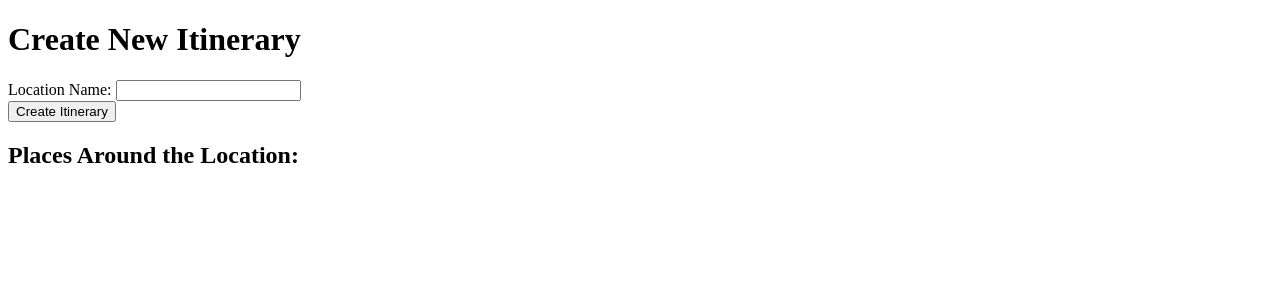
Repository: jahnavi320/Eatinery_ADT
Page: http://localhost/new_itinerary
The author's editor kept a copy of each file at every save. The page is drawn from the files as they stood at one save, then again after the next save.
The browser window is 1280 px wide. The pictures show the whole page.
The page is served by the project's application, run on Flask 3 (app.py).

Above is the page before, as saved 2023-12-04 09:34:56.

### templates/new_itinerary.html
<!DOCTYPE html>
<html lang="en">
<head>
    <meta charset="UTF-8">
    <meta name="viewport" content="width=device-width, initial-scale=1.0">
    <title>New Itinerary</title>
</head>
<body>
    <h1>Create New Itinerary</h1>
    <form method="post" action="{{ url_for('new_itinerary') }}">
        <label for="location">Location Name:</label>
        <input type="text" id="location" name="location" required>
        <br>
        <input type="submit" value="Create Itinerary">
    </form>
    <h2>Places Around the Location:</h2>
    <ul>
        {% for place in places_around_location %}
            <li>{{ place.nearby_location }}</li>
        {% endfor %}
    </ul>
</body>
</html>

### app.py
from flask import Flask, render_template, request, redirect, url_for, session, flash
from neo4j import GraphDatabase

app = Flask(__name__, static_folder='static')
app.secret_key = 'qRt9pL2sF7gY3wX8zA6c'

NEO4J_URI = "bolt://localhost:7687"
NEO4J_USER = "neo4j"
NEO4J_PASSWORD = "Vaibhav@123"

class Neo4jDB:
    def __init__(self, uri, user, password):
        self._uri = uri
        self._user = user
        self._password = password
        self._driver = GraphDatabase.driver(self._uri, auth=(self._user, self._password))

    def close(self):
        self._driver.close()

    def create_user(self, username, password):
        with self._driver.session() as session:
            session.write_transaction(self._create_user, username, password)

    def _create_user(self, tx, username, password):
        query = "CREATE (u:User {username: $username, password: $password})"
        tx.run(query, username=username, password=password)

    def get_user(self, username):
        with self._driver.session() as session:
            return session.read_transaction(self._get_user, username)

    def _get_user(self, tx, username):
        query = "MATCH (u:User {username: $username}) RETURN u"
        result = tx.run(query, username=username)
        return result.single()

    def create_recommendation(self, username, location):
        with self._driver.session() as session:
            session.write_transaction(self._create_recommendation, username, location)

    def _create_recommendation(self, tx, username, location):
        query = (
            "MATCH (u:User {username: $username})"
            "MERGE (l:Location {location: $location})"
            "MERGE (u)-[:RECOMMENDS]->(l)"
        )
        tx.run(query, username=username, location=location)

    def get_similar_restaurants(self, cuisine):
        with self._driver.session() as session:
            return session.read_transaction(self._get_similar_restaurants, cuisine)

    def _get_similar_restaurants(self, tx, cuisine):
        query = (
            "MATCH (r:Restaurant)-[:HAS_CUISINE]->(c:Cuisine {cuisine: $cuisine})"
            "RETURN r.restaurant_name as restaurant_name"
        )
        result = tx.run(query, cuisine=cuisine)
        return result.data()

    def get_places_around_location(self, location):
        with self._driver.session() as session:
            return session.read_transaction(self._get_places_around_location, location)

    def _get_places_around_location(self, tx, location):
        query = (
            "MATCH (l1:Location {location: $location})-[:NEAR]->(l2:Location)"
            "RETURN l2.location as nearby_location"
        )
        result = tx.run(query, location=location)
        return result.data()

    def get_user_past_itineraries(self, username):
        with self._driver.session() as session:
            return session.read_transaction(self._get_user_past_itineraries, username)

    def _get_user_past_itineraries(self, tx, username):
        query = (
            "MATCH (u:User {username: $username})-[:RECOMMENDS]->(l:Location)"
            "RETURN l.location as location, ID(l) as location_id"
        )
        result = tx.run(query, username=username)
        return result.data()

# Initialize Neo4jDB
neo4j_db = Neo4jDB(NEO4J_URI, NEO4J_USER, NEO4J_PASSWORD)

# Routes
@app.route('/')
def index():
    return render_template('index.html')

@app.route('/signup', methods=['POST'])
def signup():
    username = request.form['username']
    password = request.form['password']

    existing_user = neo4j_db.get_user(username)
    if existing_user:
        flash('Username already exists. Please choose a different username.', 'error')
        return redirect(url_for('index'))

    neo4j_db.create_user(username, password)
    flash('Account created successfully. You can now log in.', 'success')
    return redirect(url_for('index'))

@app.route('/login', methods=['POST'])
def login():
    username = request.form['username']
    password = request.form['password']
    user = neo4j_db.get_user(username)

    if user and user['u']['password'] == password:
        session['username'] = username
        flash('Login successful.', 'success')
        return redirect(url_for('dashboard'))
    else:
        flash('Invalid login credentials', 'error')
        return redirect(url_for('index'))

@app.route('/dashboard')
def dashboard():
    username = session.get('username')

    if not username:
        flash('Please log in to access the dashboard.', 'error')
        return redirect(url_for('index'))

    recommendations = neo4j_db.get_user_recommendations(username)
    past_itineraries = neo4j_db.get_user_past_itineraries(username)
    return render_template('dashboard.html', username=username, recommendations=recommendations, past_itineraries=past_itineraries)

@app.route('/restaurants', methods=['GET', 'POST'])
def restaurants():
    if request.method == 'POST':
        username = session.get('username')
        restaurant_name = request.form['restaurant_name']
        cuisine = request.form['cuisine']

        neo4j_db.create_recommendation(username, restaurant_name)
        similar_restaurants = neo4j_db.get_similar_restaurants(cuisine)

        return render_template('restaurants.html', similar_restaurants=similar_restaurants)

    return render_template('restaurants.html')

@app.route('/new_itinerary', methods=['GET', 'POST'])
def new_itinerary():
    if request.method == 'POST':
        username = session.get('username')
        location = request.form['location']

        neo4j_db.create_recommendation(username, location)
        places_around_location = neo4j_db.get_places_around_location(location)

        return render_template('new_itinerary.html', places_around_location=places_around_location)

    return render_template('new_itinerary.html')

@app.route('/past_itineraries')
def past_itineraries():
    username = session.get('username')

    if not username:
        flash('Please log in to access past itineraries.', 'error')
        return redirect(url_for('index'))

    past_itineraries = neo4j_db.get_user_past_itineraries(username)
    return render_template('past_itineraries.html', past_itineraries=past_itineraries)

@app.route('/logout')
def logout():
    session.pop('username', None)
    flash('Logged out successfully.', 'success')
    return redirect(url_for('index'))

if __name__ == '__main__':
    app.run(debug=True, port=5001)

After the next save:
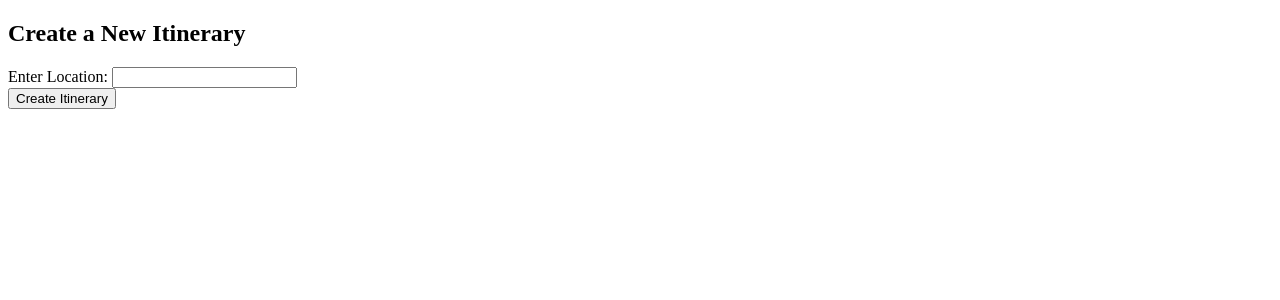
Saved 12 s later.
--- a/templates/new_itinerary.html
+++ b/templates/new_itinerary.html
@@ -6,18 +6,12 @@
     <title>New Itinerary</title>
 </head>
 <body>
-    <h1>Create New Itinerary</h1>
+    <h2>Create a New Itinerary</h2>
     <form method="post" action="{{ url_for('new_itinerary') }}">
-        <label for="location">Location Name:</label>
+        <label for="location">Enter Location:</label>
         <input type="text" id="location" name="location" required>
         <br>
-        <input type="submit" value="Create Itinerary">
+        <button type="submit">Create Itinerary</button>
     </form>
-    <h2>Places Around the Location:</h2>
-    <ul>
-        {% for place in places_around_location %}
-            <li>{{ place.nearby_location }}</li>
-        {% endfor %}
-    </ul>
 </body>
 </html>
